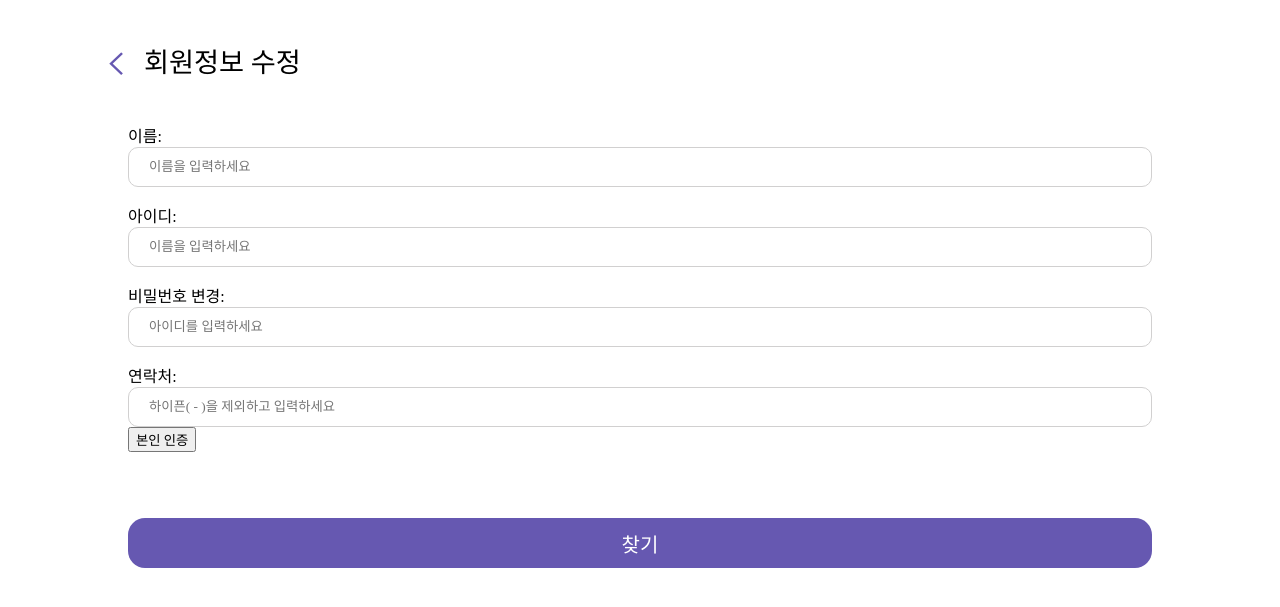
Repository: PEPI-dev/UI
Page: edit_profile/edit_profile.html
These files come from the project's save history. The page is drawn as it stood at one moment and after the next save; the edit follows.
The browser window is 1280 px wide. The pictures show the whole page.
Some web fonts or font styles are not loaded; a fallback is used.

Above is the page before, as saved 2023-12-05 17:14:36.

After the next save:
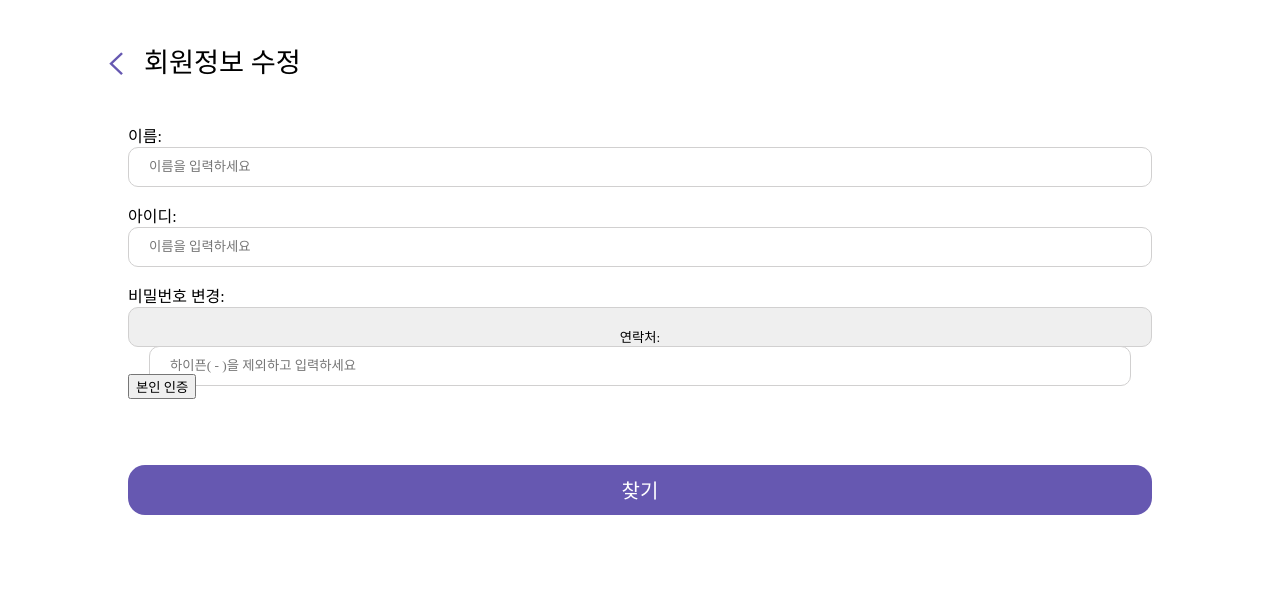
Saved 8 s later.
--- a/edit_profile/edit_profile.html
+++ b/edit_profile/edit_profile.html
@@ -29,7 +29,7 @@
 
         <p class="display">
             <!-- onclick 추가 -->
-            <label for="change_pw" class="txt_input">비밀번호 변경:</label><input class="search" id="change_pw" placeholder="아이디를 입력하세요" maxlength="15">
+            <label for="change_pw" class="txt_input">비밀번호 변경:</label><button class="search" id="change_pw" placeholder="아이디를 입력하세요" maxlength="15">
         </p>
 
         <!-- 버튼 type=button으로 추가, onclick 추가 -->
